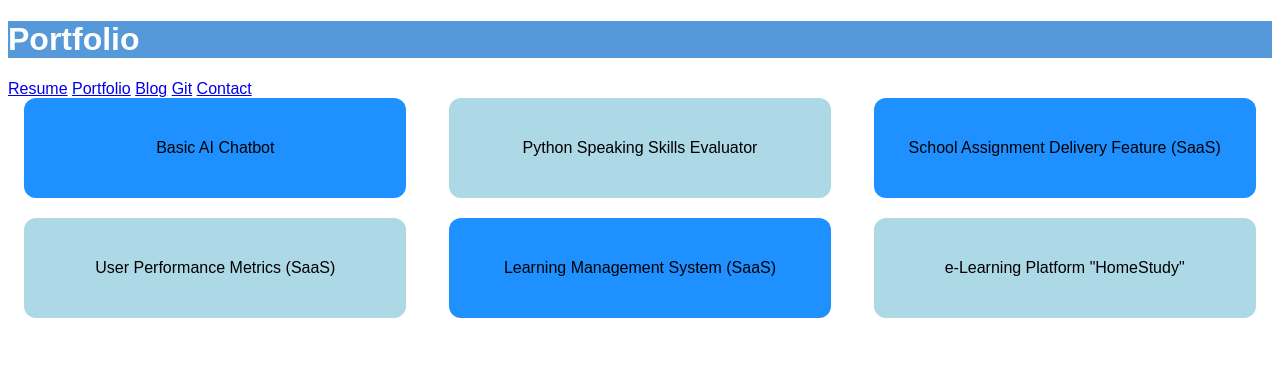
Repository: tokyopdm/tokyopdm.github.io
Page: pages/portfolio.html
The author's editor kept a record of every edit. The page is drawn from the files as they stood at one moment, then again after the next edit.
The browser window is 1280 px wide. The pictures show the whole page.

Above is the page before.

After the next edit:
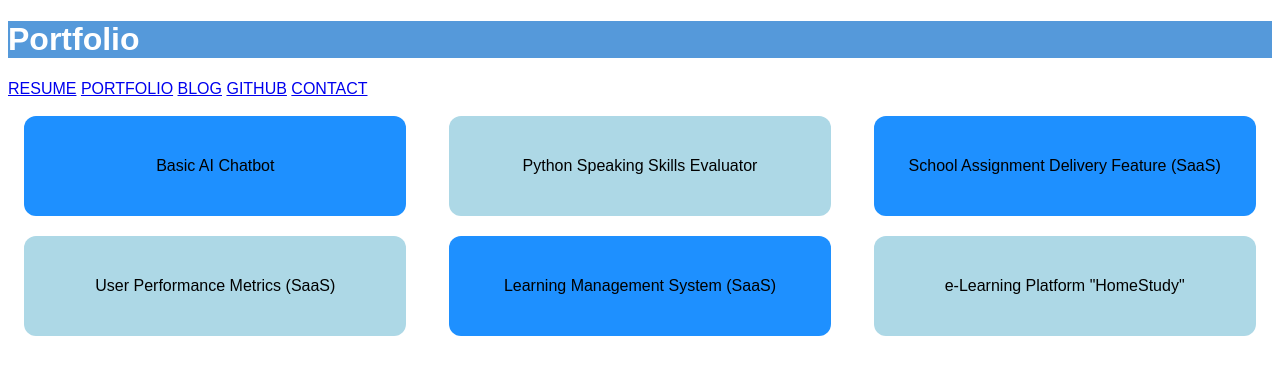
The edit:
--- a/pages/portfolio.html
+++ b/pages/portfolio.html
@@ -12,15 +12,14 @@
         <div>
             <h1>Portfolio</h1>
         </div>
-        <div>
             <nav>
-                <a href="cv.pdf" target="_blank">Resume</a>
-                <a href="pages/portfolio.html">Portfolio</a>
-                <a href="https://medium.com/@tokyopdm" target="_blank">Blog</a>
-                <a href="https://github.com/tokyopdm/" target="_blank">Git</a>
-                <a href="pages/contact.html">Contact</a>
+                <a href="cv.pdf" target="_blank">RESUME</a>
+                <a href="pages/portfolio.html">PORTFOLIO</a>
+                <a href="https://medium.com/@tokyopdm" target="_blank">BLOG</a>
+                <a href="https://github.com/tokyopdm/" target="_blank">GITHUB</a>
+                <a href="pages/contact.html">CONTACT</a>
             </nav>
-        </div>
+            <br>
         <div>
             <ul class="list-tiles">
                 <li>Basic AI Chatbot</li>
